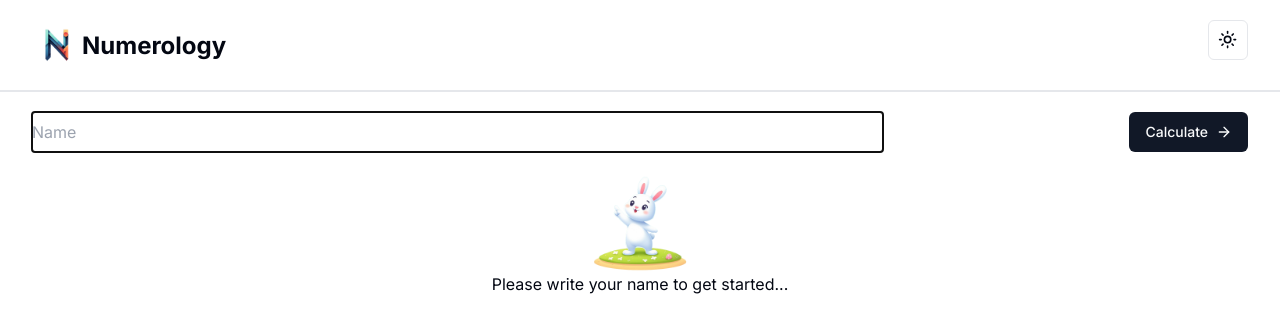
Repository: RaghunadhSahitDruvam/mynumerology
Page: /
An editor plug-in stored every save of this project. The page is shown before and after the next save, followed by the edit.
The browser window is 1280 px wide. The pictures show the whole page.
The project was rebuilt for these pictures with package versions that can differ from the ones it lists, and the page was loaded fresh each time. The framework's server and built-in components were replaced by stand-ins that run in the browser. Also part of the build but not shown: next.config.js.

Above is the page before, as saved 2023-12-19 17:02:57.

### app/layout.tsx
import type { Metadata } from "next";
import { Inter } from "next/font/google";
import "./globals.css";
import { ThemeProvider } from "@/components/theme-provider";
import Header from "@/components/header";

const inter = Inter({ subsets: ["latin"] });

export const metadata: Metadata = {
  title: "Numerology",
  description: "Officially designed by ⭐ Raghunadh ⭐",
};

export default function RootLayout({
  children,
}: {
  children: React.ReactNode;
}) {
  return (
    <html lang="en">
      <body className={inter.className}>
        {" "}
        <ThemeProvider
          attribute="class"
          defaultTheme="system"
          enableSystem
          disableTransitionOnChange
        >
          {children}
        </ThemeProvider>
      </body>
    </html>
  );
}

### app/page.tsx
// @ts-nocheck
"use client";
import React, { useEffect, useRef, useState } from "react";
import { Input } from "@/components/ui/input";
import { Button } from "@/components/ui/button";
import { ArrowRight } from "lucide-react";
import axios from "axios";
import Header from "@/components/header";
import Image from "next/image";
import { useRouter, useSearchParams } from "next/navigation";
import { Link } from "next/link";
interface DataSource {
  name_g2_block?: string;
  name_g3_block?: string;
  g2tot?: number;
  g2vtot?: number;
  g2nettot?: number;
  g3tot?: number;
  g3vtot?: number;
  g3nettot?: number;
  tot_letters?: number;
}

// Custom Input component that only allows letters and spaces
const CustomInput = ({ onChange, ...props }) => {
  const inputRef = useRef(null);

  const handleInputChange = (e) => {
    const inputValue = e.target.value;
    // Use a regular expression to allow only letters (a-z, A-Z) and spaces
    const sanitizedValue = inputValue.replace(/[^a-zA-Z\s]/g, "");
    // Update the input value
    if (onChange) {
      onChange({ target: { value: sanitizedValue } });
    }
  };

  return <input ref={inputRef} onChange={handleInputChange} {...props} />;
};

const Page: React.FC = () => {
  let [textName, setTextName] = useState<string>("");
  const [dataSource, setDataSource] = useState<DataSource | null>(null);
  const searchParams = useSearchParams();
  let search = searchParams.get("name");
  const router = useRouter();

  useEffect(() => {
    if (search !== null && search !== textName) {
      setTextName(search);
    }
  }, [search, textName]);

  const inputFocusRef = useRef(null);
  const buttonRef = useRef(null);

  useEffect(() => {
    if (
      inputFocusRef.current &&
      document.activeElement !== inputFocusRef.current
    ) {
      inputFocusRef.current.focus({
        behavior: "smooth",
      });
    }

    if (search !== null && buttonRef.current) {
      buttonRef.current.click();
    }
  }, [search]);

  const submitHandler = (e: React.FormEvent<HTMLFormElement>) => {
    e.preventDefault();
    axios
      .get(`https://phinzi.com/convert?name=${textName}`)
      .then((res) => setDataSource(res.data));
  };

  const updateURL = (newTextName: string) => {
    router.push(`?name=${encodeURIComponent(newTextName)}`);
  };

  return (
    <div className="">
      <Header />
      <div>
        <form
          className="container gap flex justify-between"
          onSubmit={(e) => submitHandler(e)}
        >
          <CustomInput
            type="text"
            placeholder="Name"
            className="w-[70%]"
            value={textName}
            ref={inputFocusRef}
            onChange={(e) => {
              const newValue = e.target.value;
              setTextName(newValue);
              updateURL(newValue);
            }}
          />
          <Button type="submit" ref={buttonRef}>
            Calculate <ArrowRight className="ml-2 h-4 w-4" />
          </Button>
        </form>
      </div>
      {dataSource ? (
        <>
          <div className="container mt-[30px] flex items-start justify-start">
            <table
              border={2}
              className="border-2 dark:border-white border-black"
            >
              <thead className="border-2  dark:border-white border-black p-[20px]">
                <tr className="border-2  dark:border-white border-black">
                  <th className="border-2  dark:border-white border-black px-[20px]">
                    Group
                  </th>
                  <th className="border-2  dark:border-white border-black">
                    Name
                  </th>
                  <th className="border-2  dark:border-white border-black px-[20px]">
                    Total
                  </th>
                  <th className="border-2  dark:border-white border-black px-[20px]">
                    V
                  </th>
                  <th className="border-2  dark:border-white border-black px-[20px]">
                    C
                  </th>
                </tr>
              </thead>
              <tbody className="border-2  dark:border-white border-black ">
                <tr className="border-2  dark:border-white border-black">
                  <td className="border-2  dark:border-white border-black">
                    C
                  </td>
                  <td className="px-[20px] border-2  dark:border-white border-black">
                    <table
                      className="px-[20px] table-padding"
                      dangerouslySetInnerHTML={{
                        __html:
                          typeof dataSource !== "undefined" &&
                          dataSource?.name_g2_block,
                      }}
                    ></table>
                  </td>

                  <td className="border-2  dark:border-white border-black">
                    {dataSource?.g2tot}
                  </td>
                  <td className="border-2  dark:border-white border-black">
                    {" "}
                    {dataSource?.g2vtot}
                  </td>
                  <td className="border-2  dark:border-white border-black">
                    {" "}
                    {dataSource?.g2nettot}
                  </td>
                </tr>
                <tr className="border-2  dark:border-white border-black">
                  <td className="border-2  dark:border-white border-black">
                    P
                  </td>
                  <td className="px-[20px] border-2  dark:border-white border-black">
                    <table
                      className="px-[20px] table-padding"
                      dangerouslySetInnerHTML={{
                        __html:
                          typeof dataSource !== "undefined" &&
                          dataSource?.name_g3_block,
                      }}
                    ></table>
                  </td>

                  <td className="border-2  dark:border-white border-black">
                    {dataSource?.g3tot}
                  </td>
                  <td className="border-2  dark:border-white border-black">
                    {" "}
                    {dataSource?.g3vtot}
                  </td>
                  <td className="border-2  dark:border-white border-black">
                    {" "}
                    {dataSource?.g3nettot}
                  </td>
                </tr>
              </tbody>
            </table>
          </div>
          <div className="container flex  items-start mt-[10px] justify-between">
            {" "}
            Total Letters - {dataSource?.tot_letters}
            <Link href={"/"}>
              <Button
                variant={"destructive"}
                onClick={() => {
                  setDataSource(null);
                  setTextName("");
                }}
              >
                Cancel
              </Button>
            </Link>
          </div>
        </>
      ) : (
        <>
          <div className="flex justify-center">
            <Image
              className="justify-center align-middle items-center"
              src={"/images/up.png"}
              alt="rabbit_showing_up"
              height={100}
              width={100}
            />
          </div>
          <div className="container flex justify-center align-middle">
            <h1>Please write your name to get started...</h1>
          </div>
        </>
      )}
    </div>
  );
};

export default Page;

### app/globals.css
@tailwind base;
@tailwind components;
@tailwind utilities;

@layer base {
  :root {
    --background: 0 0% 100%;
    --foreground: 224 71.4% 4.1%;

    --card: 0 0% 100%;
    --card-foreground: 224 71.4% 4.1%;

    --popover: 0 0% 100%;
    --popover-foreground: 224 71.4% 4.1%;

    --primary: 220.9 39.3% 11%;
    --primary-foreground: 210 20% 98%;

    --secondary: 220 14.3% 95.9%;
    --secondary-foreground: 220.9 39.3% 11%;

    --muted: 220 14.3% 95.9%;
    --muted-foreground: 220 8.9% 46.1%;

    --accent: 220 14.3% 95.9%;
    --accent-foreground: 220.9 39.3% 11%;

    --destructive: 0 84.2% 60.2%;
    --destructive-foreground: 210 20% 98%;

    --border: 220 13% 91%;
    --input: 220 13% 91%;
    --ring: 224 71.4% 4.1%;

    --radius: 0.5rem;
  }

  .dark {
    --background: 224 71.4% 4.1%;
    --foreground: 210 20% 98%;

    --card: 224 71.4% 4.1%;
    --card-foreground: 210 20% 98%;

    --popover: 224 71.4% 4.1%;
    --popover-foreground: 210 20% 98%;

    --primary: 210 20% 98%;
    --primary-foreground: 220.9 39.3% 11%;

    --secondary: 215 27.9% 16.9%;
    --secondary-foreground: 210 20% 98%;

    --muted: 215 27.9% 16.9%;
    --muted-foreground: 217.9 10.6% 64.9%;

    --accent: 215 27.9% 16.9%;
    --accent-foreground: 210 20% 98%;

    --destructive: 0 62.8% 30.6%;
    --destructive-foreground: 210 20% 98%;

    --border: 215 27.9% 16.9%;
    --input: 215 27.9% 16.9%;
    --ring: 216 12.2% 83.9%;
  }
}

@layer base {
  * {
    @apply border-border;
  }
  body {
    @apply bg-background text-foreground;
  }
  .container {
    @apply mx-[50px];
  }
  .mainHeading {
    @apply text-2xl font-bold;
  }
  .gap {
    @apply my-[20px];
  }
  .table-padding tbody > tr > td {
    @apply px-[15px];
  }
}

### components/ui/button.tsx
import * as React from "react"
import { Slot } from "@radix-ui/react-slot"
import { cva, type VariantProps } from "class-variance-authority"

import { cn } from "@/lib/utils"

const buttonVariants = cva(
  "inline-flex items-center justify-center rounded-md text-sm font-medium ring-offset-background transition-colors focus-visible:outline-none focus-visible:ring-2 focus-visible:ring-ring focus-visible:ring-offset-2 disabled:pointer-events-none disabled:opacity-50",
  {
    variants: {
      variant: {
        default: "bg-primary text-primary-foreground hover:bg-primary/90",
        destructive:
          "bg-destructive text-destructive-foreground hover:bg-destructive/90",
        outline:
          "border border-input bg-background hover:bg-accent hover:text-accent-foreground",
        secondary:
          "bg-secondary text-secondary-foreground hover:bg-secondary/80",
        ghost: "hover:bg-accent hover:text-accent-foreground",
        link: "text-primary underline-offset-4 hover:underline",
      },
      size: {
        default: "h-10 px-4 py-2",
        sm: "h-9 rounded-md px-3",
        lg: "h-11 rounded-md px-8",
        icon: "h-10 w-10",
      },
    },
    defaultVariants: {
      variant: "default",
      size: "default",
    },
  }
)

export interface ButtonProps
  extends React.ButtonHTMLAttributes<HTMLButtonElement>,
    VariantProps<typeof buttonVariants> {
  asChild?: boolean
}

const Button = React.forwardRef<HTMLButtonElement, ButtonProps>(
  ({ className, variant, size, asChild = false, ...props }, ref) => {
    const Comp = asChild ? Slot : "button"
    return (
      <Comp
        className={cn(buttonVariants({ variant, size, className }))}
        ref={ref}
        {...props}
      />
    )
  }
)
Button.displayName = "Button"

export { Button, buttonVariants }

### components/header.tsx
import React from "react";
import { ModeToggle } from "./mode";
import Link from "next/link";
import Image from "next/image";

const Header = () => {
  return (
    <div className={``}>
      <div className="flex my-[20px] mainHeading justify-between  container ">
        <Link href={"/"} className="flex align-middle text-center ">
          <Image src={"/images/logo.png"} alt="logo" height={50} width={50} />
          <span className="mt-[10px]">Numerology</span>
        </Link>
        <ModeToggle />
      </div>
      <div className="border-b-2"></div>
    </div>
  );
};

export default Header;

### components/mode.tsx
"use client";

import * as React from "react";
import { Moon, Sun } from "lucide-react";
import { useTheme } from "next-themes";

import { Button } from "@/components/ui/button";
import {
  DropdownMenu,
  DropdownMenuContent,
  DropdownMenuItem,
  DropdownMenuTrigger,
} from "@/components/ui/dropdown-menu";

export function ModeToggle() {
  const { setTheme } = useTheme();

  return (
    <DropdownMenu>
      <DropdownMenuTrigger asChild>
        <Button variant="outline" size="icon">
          <Sun className="h-[1.2rem] w-[1.2rem] rotate-0 scale-100 transition-all dark:-rotate-90 dark:scale-0" />
          <Moon className="absolute h-[1.2rem] w-[1.2rem] rotate-90 scale-0 transition-all dark:rotate-0 dark:scale-100" />
          <span className="sr-only">Toggle theme</span>
        </Button>
      </DropdownMenuTrigger>
      <DropdownMenuContent align="end">
        <DropdownMenuItem onClick={() => setTheme("light")}>
          Light
        </DropdownMenuItem>
        <DropdownMenuItem onClick={() => setTheme("dark")}>
          Dark
        </DropdownMenuItem>
        <DropdownMenuItem onClick={() => setTheme("system")}>
          System
        </DropdownMenuItem>
      </DropdownMenuContent>
    </DropdownMenu>
  );
}

### components/ui/dropdown-menu.tsx
import * as React from "react"
import * as DropdownMenuPrimitive from "@radix-ui/react-dropdown-menu"
import { Check, ChevronRight, Circle } from "lucide-react"

import { cn } from "@/lib/utils"

const DropdownMenu = DropdownMenuPrimitive.Root

const DropdownMenuTrigger = DropdownMenuPrimitive.Trigger

const DropdownMenuGroup = DropdownMenuPrimitive.Group

const DropdownMenuPortal = DropdownMenuPrimitive.Portal

const DropdownMenuSub = DropdownMenuPrimitive.Sub

const DropdownMenuRadioGroup = DropdownMenuPrimitive.RadioGroup

const DropdownMenuSubTrigger = React.forwardRef<
  React.ElementRef<typeof DropdownMenuPrimitive.SubTrigger>,
  React.ComponentPropsWithoutRef<typeof DropdownMenuPrimitive.SubTrigger> & {
    inset?: boolean
  }
>(({ className, inset, children, ...props }, ref) => (
  <DropdownMenuPrimitive.SubTrigger
    ref={ref}
    className={cn(
      "flex cursor-default select-none items-center rounded-sm px-2 py-1.5 text-sm outline-none focus:bg-accent data-[state=open]:bg-accent",
      inset && "pl-8",
      className
    )}
    {...props}
  >
    {children}
    <ChevronRight className="ml-auto h-4 w-4" />
  </DropdownMenuPrimitive.SubTrigger>
))
DropdownMenuSubTrigger.displayName =
  DropdownMenuPrimitive.SubTrigger.displayName

const DropdownMenuSubContent = React.forwardRef<
  React.ElementRef<typeof DropdownMenuPrimitive.SubContent>,
  React.ComponentPropsWithoutRef<typeof DropdownMenuPrimitive.SubContent>
>(({ className, ...props }, ref) => (
  <DropdownMenuPrimitive.SubContent
    ref={ref}
    className={cn(
      "z-50 min-w-[8rem] overflow-hidden rounded-md border bg-popover p-1 text-popover-foreground shadow-lg data-[state=open]:animate-in data-[state=closed]:animate-out data-[state=closed]:fade-out-0 data-[state=open]:fade-in-0 data-[state=closed]:zoom-out-95 data-[state=open]:zoom-in-95 data-[side=bottom]:slide-in-from-top-2 data-[side=left]:slide-in-from-right-2 data-[side=right]:slide-in-from-left-2 data-[side=top]:slide-in-from-bottom-2",
      className
    )}
    {...props}
  />
))
DropdownMenuSubContent.displayName =
  DropdownMenuPrimitive.SubContent.displayName

const DropdownMenuContent = React.forwardRef<
  React.ElementRef<typeof DropdownMenuPrimitive.Content>,
  React.ComponentPropsWithoutRef<typeof DropdownMenuPrimitive.Content>
>(({ className, sideOffset = 4, ...props }, ref) => (
  <DropdownMenuPrimitive.Portal>
    <DropdownMenuPrimitive.Content
      ref={ref}
      sideOffset={sideOffset}
      className={cn(
        "z-50 min-w-[8rem] overflow-hidden rounded-md border bg-popover p-1 text-popover-foreground shadow-md data-[state=open]:animate-in data-[state=closed]:animate-out data-[state=closed]:fade-out-0 data-[state=open]:fade-in-0 data-[state=closed]:zoom-out-95 data-[state=open]:zoom-in-95 data-[side=bottom]:slide-in-from-top-2 data-[side=left]:slide-in-from-right-2 data-[side=right]:slide-in-from-left-2 data-[side=top]:slide-in-from-bottom-2",
        className
      )}
      {...props}
    />
  </DropdownMenuPrimitive.Portal>
))
DropdownMenuContent.displayName = DropdownMenuPrimitive.Content.displayName

const DropdownMenuItem = React.forwardRef<
  React.ElementRef<typeof DropdownMenuPrimitive.Item>,
  React.ComponentPropsWithoutRef<typeof DropdownMenuPrimitive.Item> & {
    inset?: boolean
  }
>(({ className, inset, ...props }, ref) => (
  <DropdownMenuPrimitive.Item
    ref={ref}
    className={cn(
      "relative flex cursor-default select-none items-center rounded-sm px-2 py-1.5 text-sm outline-none transition-colors focus:bg-accent focus:text-accent-foreground data-[disabled]:pointer-events-none data-[disabled]:opacity-50",
      inset && "pl-8",
      className
    )}
    {...props}
  />
))
DropdownMenuItem.displayName = DropdownMenuPrimitive.Item.displayName

const DropdownMenuCheckboxItem = React.forwardRef<
  React.ElementRef<typeof DropdownMenuPrimitive.CheckboxItem>,
  React.ComponentPropsWithoutRef<typeof DropdownMenuPrimitive.CheckboxItem>
>(({ className, children, checked, ...props }, ref) => (
  <DropdownMenuPrimitive.CheckboxItem
    ref={ref}
    className={cn(
      "relative flex cursor-default select-none items-center rounded-sm py-1.5 pl-8 pr-2 text-sm outline-none transition-colors focus:bg-accent focus:text-accent-foreground data-[disabled]:pointer-events-none data-[disabled]:opacity-50",
      className
    )}
    checked={checked}
    {...props}
  >
    <span className="absolute left-2 flex h-3.5 w-3.5 items-center justify-center">
      <DropdownMenuPrimitive.ItemIndicator>
        <Check className="h-4 w-4" />
      </DropdownMenuPrimitive.ItemIndicator>
    </span>
    {children}
  </DropdownMenuPrimitive.CheckboxItem>
))
DropdownMenuCheckboxItem.displayName =
  DropdownMenuPrimitive.CheckboxItem.displayName

const DropdownMenuRadioItem = React.forwardRef<
  React.ElementRef<typeof DropdownMenuPrimitive.RadioItem>,
  React.ComponentPropsWithoutRef<typeof DropdownMenuPrimitive.RadioItem>
>(({ className, children, ...props }, ref) => (
  <DropdownMenuPrimitive.RadioItem
    ref={ref}
    className={cn(
      "relative flex cursor-default select-none items-center rounded-sm py-1.5 pl-8 pr-2 text-sm outline-none transition-colors focus:bg-accent focus:text-accent-foreground data-[disabled]:pointer-events-none data-[disabled]:opacity-50",
      className
    )}
    {...props}
  >
    <span className="absolute left-2 flex h-3.5 w-3.5 items-center justify-center">
      <DropdownMenuPrimitive.ItemIndicator>
        <Circle className="h-2 w-2 fill-current" />
      </DropdownMenuPrimitive.ItemIndicator>
    </span>
    {children}
  </DropdownMenuPrimitive.RadioItem>
))
DropdownMenuRadioItem.displayName = DropdownMenuPrimitive.RadioItem.displayName

const DropdownMenuLabel = React.forwardRef<
  React.ElementRef<typeof DropdownMenuPrimitive.Label>,
  React.ComponentPropsWithoutRef<typeof DropdownMenuPrimitive.Label> & {
    inset?: boolean
  }
>(({ className, inset, ...props }, ref) => (
  <DropdownMenuPrimitive.Label
    ref={ref}
    className={cn(
      "px-2 py-1.5 text-sm font-semibold",
      inset && "pl-8",
      className
    )}
    {...props}
  />
))
DropdownMenuLabel.displayName = DropdownMenuPrimitive.Label.displayName

const DropdownMenuSeparator = React.forwardRef<
  React.ElementRef<typeof DropdownMenuPrimitive.Separator>,
  React.ComponentPropsWithoutRef<typeof DropdownMenuPrimitive.Separator>
>(({ className, ...props }, ref) => (
  <DropdownMenuPrimitive.Separator
    ref={ref}
    className={cn("-mx-1 my-1 h-px bg-muted", className)}
    {...props}
  />
))
DropdownMenuSeparator.displayName = DropdownMenuPrimitive.Separator.displayName

const DropdownMenuShortcut = ({
  className,
  ...props
}: React.HTMLAttributes<HTMLSpanElement>) => {
  return (
    <span
      className={cn("ml-auto text-xs tracking-widest opacity-60", className)}
      {...props}
    />
  )
}
DropdownMenuShortcut.displayName = "DropdownMenuShortcut"

export {
  DropdownMenu,
  DropdownMenuTrigger,
  DropdownMenuContent,
  DropdownMenuItem,
  DropdownMenuCheckboxItem,
  DropdownMenuRadioItem,
  DropdownMenuLabel,
  DropdownMenuSeparator,
  DropdownMenuShortcut,
  DropdownMenuGroup,
  DropdownMenuPortal,
  DropdownMenuSub,
  DropdownMenuSubContent,
  DropdownMenuSubTrigger,
  DropdownMenuRadioGroup,
}

### components/ui/input.tsx
import * as React from "react"

import { cn } from "@/lib/utils"

export interface InputProps
  extends React.InputHTMLAttributes<HTMLInputElement> {}

const Input = React.forwardRef<HTMLInputElement, InputProps>(
  ({ className, type, ...props }, ref) => {
    return (
      <input
        type={type}
        className={cn(
          "flex h-10 w-full rounded-md border border-input bg-background px-3 py-2 text-sm ring-offset-background file:border-0 file:bg-transparent file:text-sm file:font-medium placeholder:text-muted-foreground focus-visible:outline-none focus-visible:ring-2 focus-visible:ring-ring focus-visible:ring-offset-2 disabled:cursor-not-allowed disabled:opacity-50",
          className
        )}
        ref={ref}
        {...props}
      />
    )
  }
)
Input.displayName = "Input"

export { Input }

Loaded but not shown: components/theme-provider.tsx (common file); lib/utils.ts (common file); tailwind.config.js (common file)

After the next save:
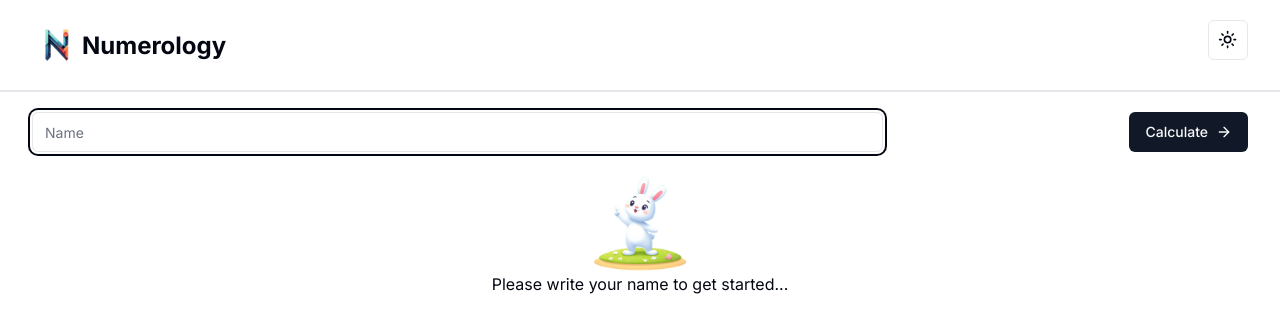
Saved 34 s later.
--- a/app/page.tsx
+++ b/app/page.tsx
@@ -8,7 +8,7 @@ import axios from "axios";
 import Header from "@/components/header";
 import Image from "next/image";
 import { useRouter, useSearchParams } from "next/navigation";
-import { Link } from "next/link";
+
 interface DataSource {
   name_g2_block?: string;
   name_g3_block?: string;
@@ -21,23 +21,6 @@ interface DataSource {
   tot_letters?: number;
 }
 
-// Custom Input component that only allows letters and spaces
-const CustomInput = ({ onChange, ...props }) => {
-  const inputRef = useRef(null);
-
-  const handleInputChange = (e) => {
-    const inputValue = e.target.value;
-    // Use a regular expression to allow only letters (a-z, A-Z) and spaces
-    const sanitizedValue = inputValue.replace(/[^a-zA-Z\s]/g, "");
-    // Update the input value
-    if (onChange) {
-      onChange({ target: { value: sanitizedValue } });
-    }
-  };
-
-  return <input ref={inputRef} onChange={handleInputChange} {...props} />;
-};
-
 const Page: React.FC = () => {
   let [textName, setTextName] = useState<string>("");
   const [dataSource, setDataSource] = useState<DataSource | null>(null);
@@ -46,6 +29,7 @@ const Page: React.FC = () => {
   const router = useRouter();
 
   useEffect(() => {
+    // Set initial value only if it's different from the current state
     if (search !== null && search !== textName) {
       setTextName(search);
     }
@@ -53,22 +37,14 @@ const Page: React.FC = () => {
 
   const inputFocusRef = useRef(null);
   const buttonRef = useRef(null);
-
   useEffect(() => {
-    if (
-      inputFocusRef.current &&
-      document.activeElement !== inputFocusRef.current
-    ) {
-      inputFocusRef.current.focus({
-        behavior: "smooth",
-      });
+    inputFocusRef.current.focus();
+    if (search !== null) {
+      if (buttonRef.current) {
+        buttonRef.current.click();
+      }
     }
-
-    if (search !== null && buttonRef.current) {
-      buttonRef.current.click();
-    }
-  }, [search]);
-
+  }, []);
   const submitHandler = (e: React.FormEvent<HTMLFormElement>) => {
     e.preventDefault();
     axios
@@ -77,18 +53,20 @@ const Page: React.FC = () => {
   };
 
   const updateURL = (newTextName: string) => {
+    // Update the URL without a page reload
     router.push(`?name=${encodeURIComponent(newTextName)}`);
   };
 
   return (
     <div className="">
       <Header />
+
       <div>
         <form
           className="container gap flex justify-between"
           onSubmit={(e) => submitHandler(e)}
         >
-          <CustomInput
+          <Input
             type="text"
             placeholder="Name"
             className="w-[70%]"
@@ -97,7 +75,7 @@ const Page: React.FC = () => {
             onChange={(e) => {
               const newValue = e.target.value;
               setTextName(newValue);
-              updateURL(newValue);
+              updateURL(newValue); // Update the URL when input changes
             }}
           />
           <Button type="submit" ref={buttonRef}>
@@ -192,17 +170,17 @@ const Page: React.FC = () => {
           <div className="container flex  items-start mt-[10px] justify-between">
             {" "}
             Total Letters - {dataSource?.tot_letters}
-            <Link href={"/"}>
-              <Button
-                variant={"destructive"}
-                onClick={() => {
-                  setDataSource(null);
-                  setTextName("");
-                }}
-              >
-                Cancel
-              </Button>
-            </Link>
+            <Button
+              variant={"destructive"}
+              onClick={() => {
+                setDataSource(null);
+                setTextName("");
+                const params = new URLSearchParams(searchParams);
+                params.set("name", null);
+              }}
+            >
+              Cancel
+            </Button>
           </div>
         </>
       ) : (
